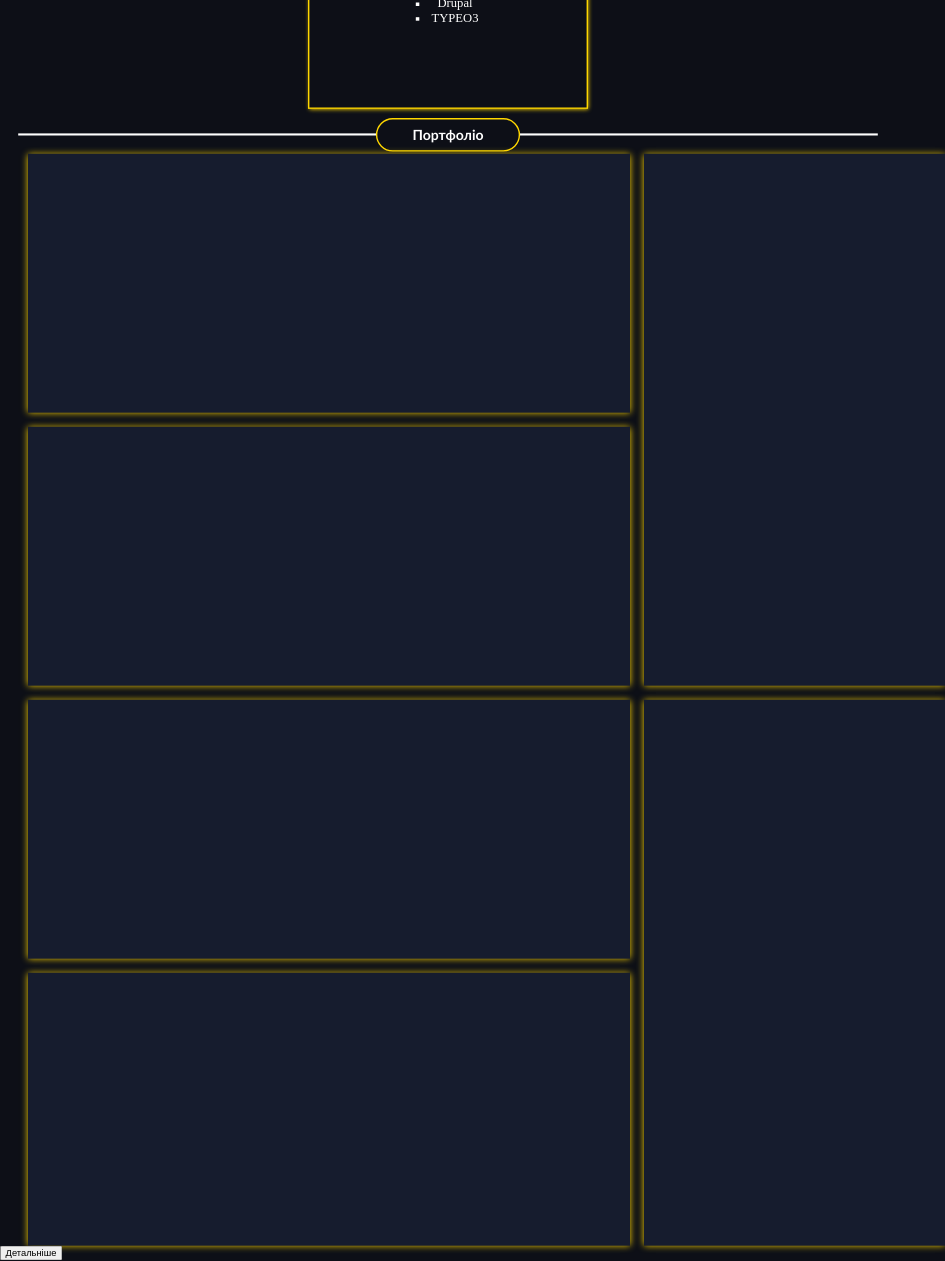
Repository: qtqqrdy13/cv-2
Page: index.html
The author's editor kept a copy of each file at every save. The page is drawn from the files as they stood at one save, then again after the next save.
The browser window is 1280 px wide. The page is 1350 px wide, so the pictures cover 1350 px, including what lies to the right of the window. The pictures show the part of the page from y = 2761 to 4601 px (the page is 4562 px tall before and 4601 px after), at 70% of full size.

Above is the page before, as saved 2023-10-09 18:01:33.

After the next save:
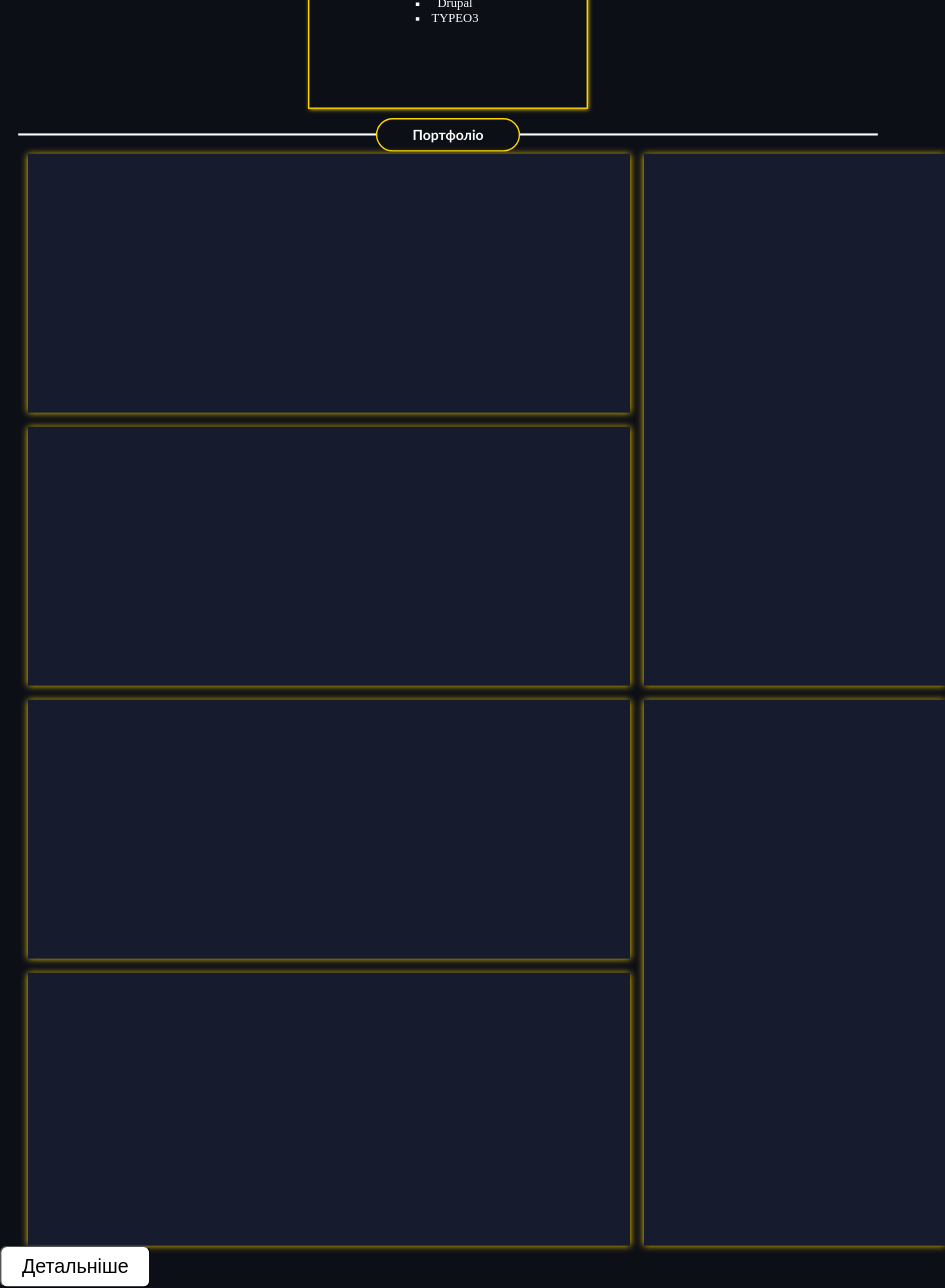
Saved 28 s later.
--- a/main.css
+++ b/main.css
@@ -464,7 +464,7 @@ h2:hover {
         padding: 45px 20px;
     }
 }
-.details_btn button{
+.details_btn {
     width: 215px;
     height: 60px;
     background-color:white;
